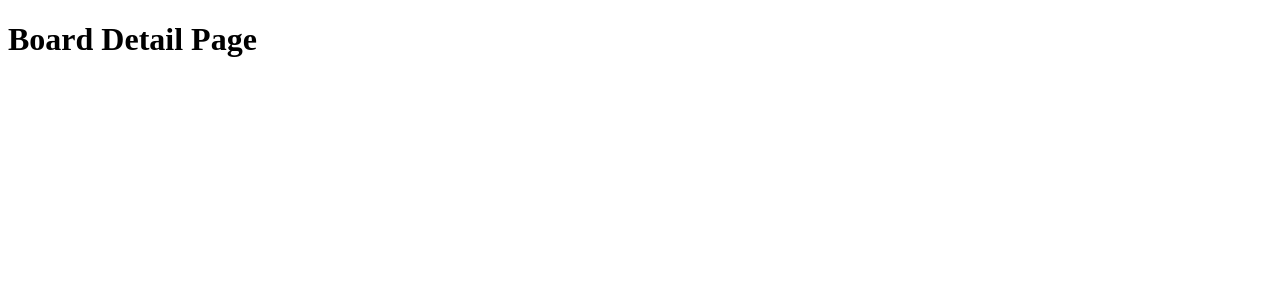
Repository: gajami-kim/240430_JSPJSTL_Study
Page: http://localhost/jsp_study2/board/detail.jsp
These files come from the project's save history. The page is drawn as it stood at one moment and after the next save; the edit follows.
The browser window is 1280 px wide. The pictures show the whole page.
The page is served by Tomcat 9.

Above is the page before, as saved 2024-04-16 06:44:27.

After the next save:
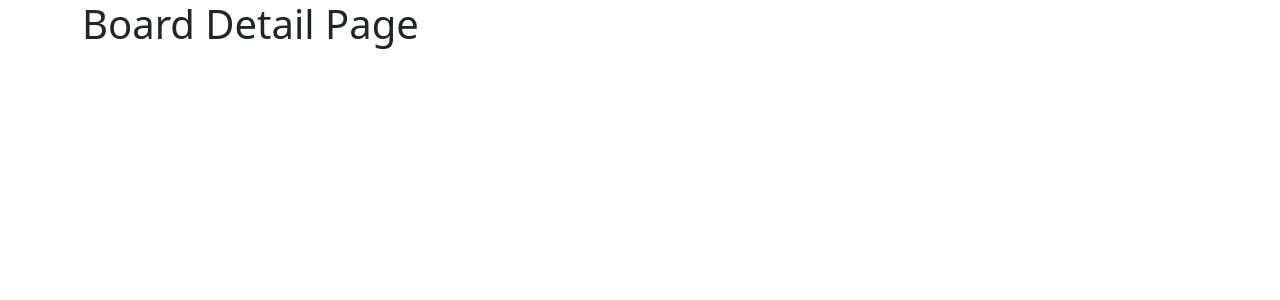
Saved 58 s later.
--- a/_jsp_workspace2/jsp_study2/src/main/webapp/board/detail.jsp
+++ b/_jsp_workspace2/jsp_study2/src/main/webapp/board/detail.jsp
@@ -5,8 +5,12 @@
 <head>
 <meta charset="UTF-8">
 <title>Insert title here</title>
+<link href="https://cdn.jsdelivr.net/npm/bootstrap@5.3.3/dist/css/bootstrap.min.css" rel="stylesheet" integrity="sha384-QWTKZyjpPEjISv5WaRU9OFeRpok6YctnYmDr5pNlyT2bRjXh0JMhjY6hW+ALEwIH" crossorigin="anonymous">
+<script src="https://cdn.jsdelivr.net/npm/bootstrap@5.3.3/dist/js/bootstrap.bundle.min.js" integrity="sha384-YvpcrYf0tY3lHB60NNkmXc5s9fDVZLESaAA55NDzOxhy9GkcIdslK1eN7N6jIeHz" crossorigin="anonymous"></script>
 </head>
 <body>
-<h1>Board Detail Page</h1>
+<div class="container-sm">
+	<h1>Board Detail Page</h1>
+</div>
 </body>
 </html>
